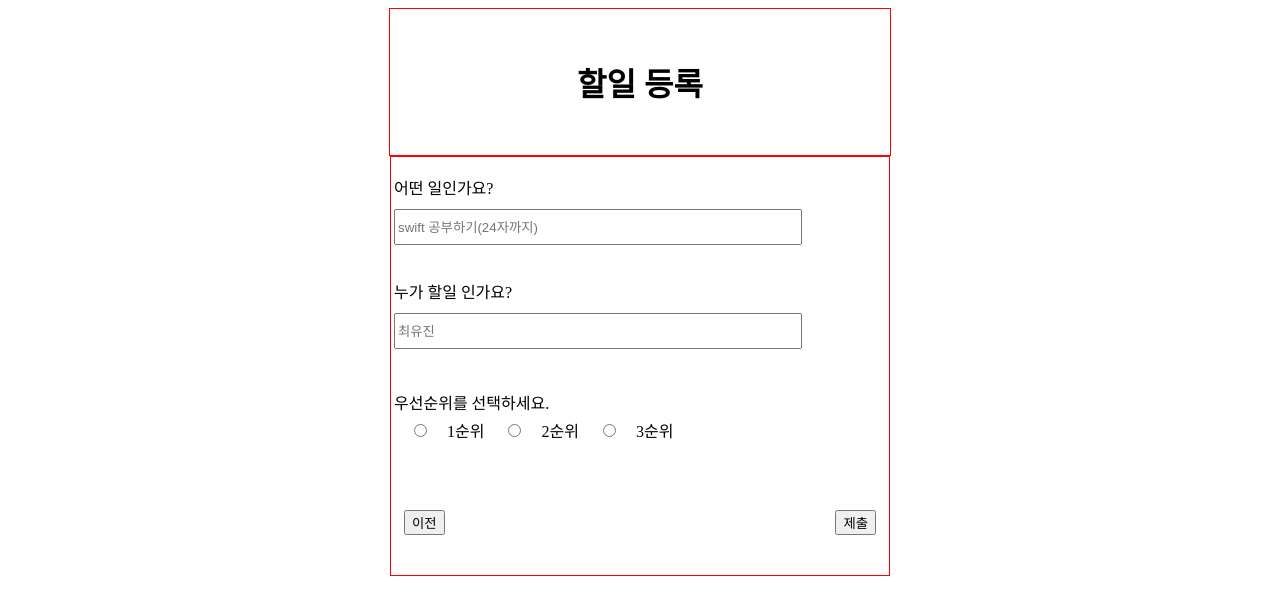
Repository: estellechoi/jsp-project-todo
Page: http://localhost/todo/jsp/form.jsp
An editor plug-in stored every save of this project. The page is shown before and after the next save, followed by the edit.
The browser window is 1280 px wide. The pictures show the whole page.
The page is served by Tomcat 9.

Above is the page before, as saved 2019-12-08 07:15:29.

After the next save:
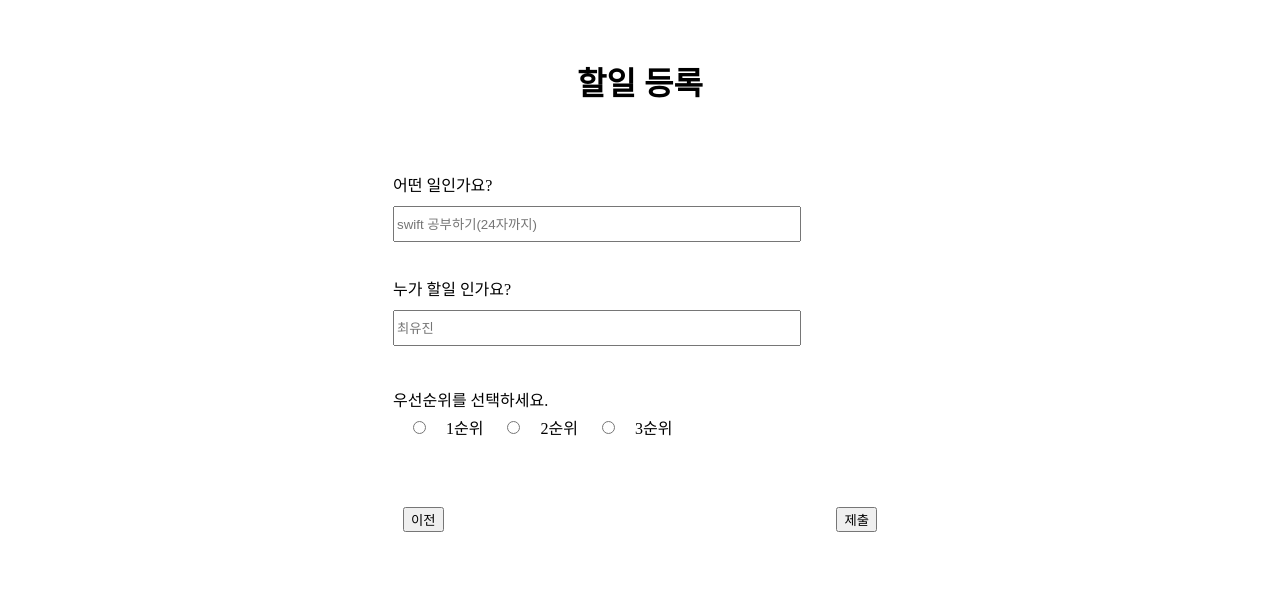
Saved 52 s later.
--- a/todo/src/main/webapp/jsp/form.jsp
+++ b/todo/src/main/webapp/jsp/form.jsp
@@ -9,7 +9,6 @@
 	table, h1 {
 		width: 500px;
 		margin: auto;
-		border: 1px solid red;
 	}
 
 	h1 {
